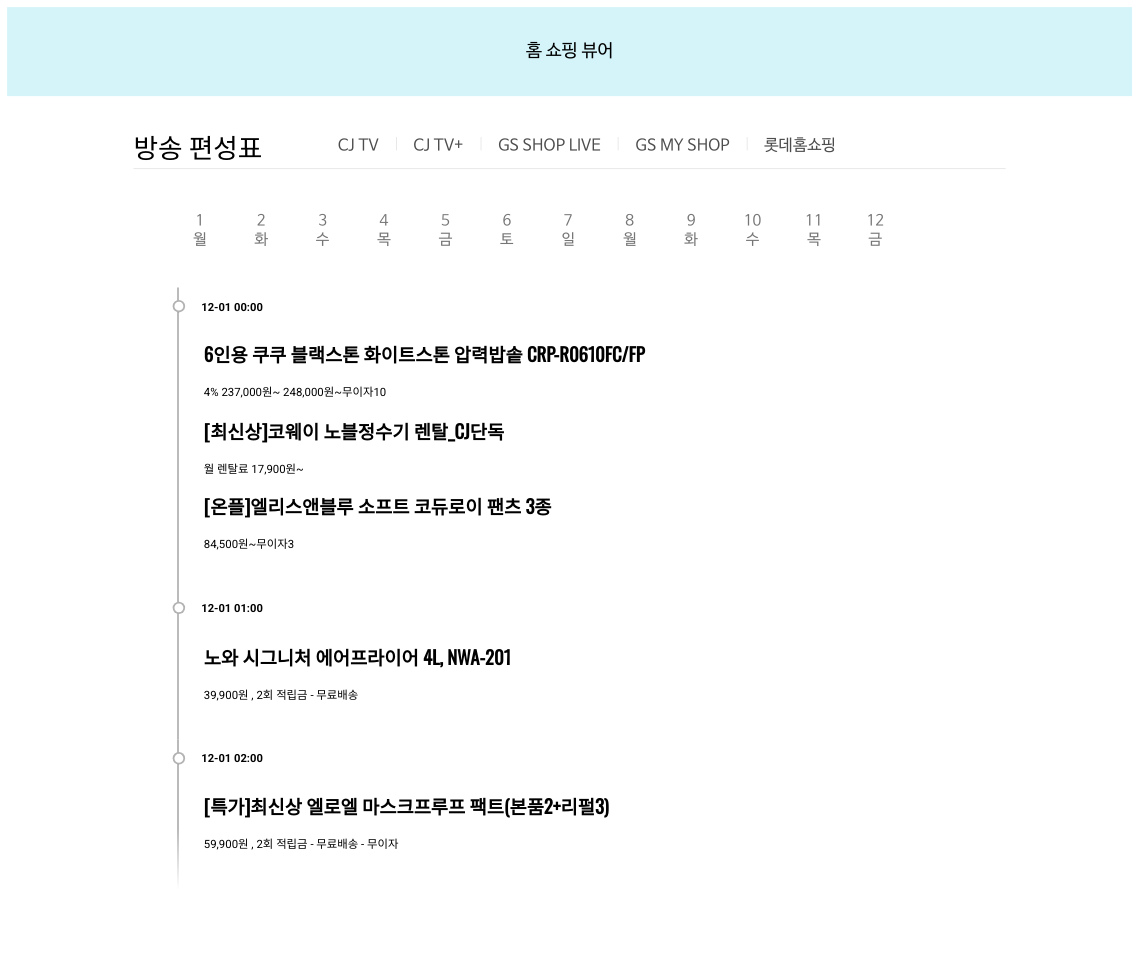
Repository: Kds010/HomeShopping
Page: http://localhost/index
The author's editor kept a copy of each file at every save. The page is drawn from the files as they stood at one save, then again after the next save.
The browser window is 1280 px wide. The pictures show the whole page, at 89% of full size.
The page is this project's Thymeleaf template; nobody is signed in. The template is opened directly, without the code that normally fills it, so the values that code supplies are empty.

Above is the page before, as saved 2021-12-18 10:18:51.

After the next save:
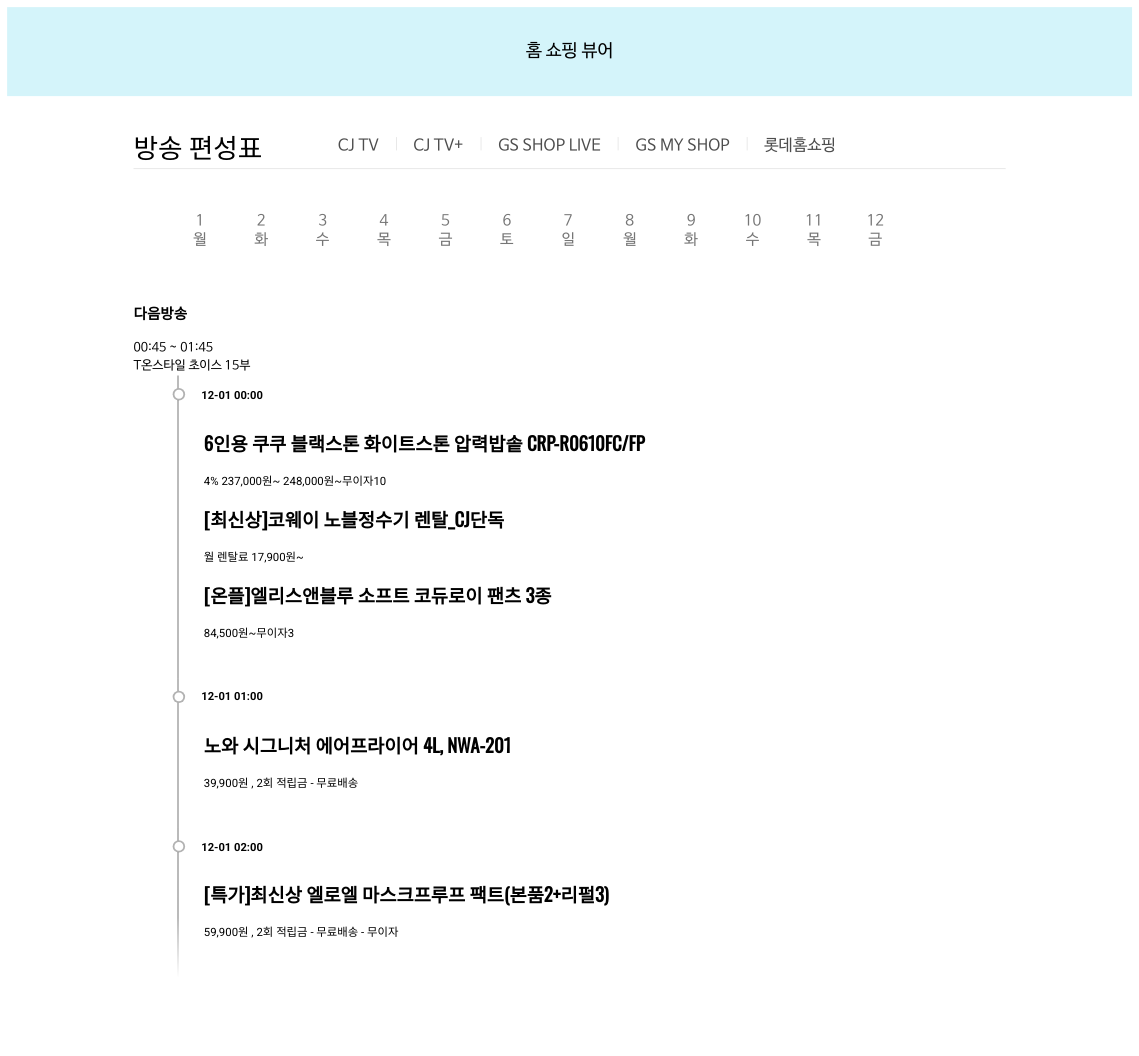
Saved 105 s later.
--- a/homeshopping/src/main/resources/templates/index.html
+++ b/homeshopping/src/main/resources/templates/index.html
@@ -10,6 +10,7 @@
 	<div id="container">
 		<div class="content">
 			<div class="fiexd_wrap">
+
 				<div class="fixed_wrap_div">
 					<h2 class="fiexd_wrap_tit">방송 편성표</h2>
 					<ul class="ch_list_tab" id="ch_list_tab">
@@ -20,6 +21,7 @@
 						<li class="">롯데홈쇼핑</li>
 					</ul>
 				</div>
+
 				<ul class="list_date" id="scheduleDate">
 					<li data-dt="20211201">
 						<a href="javascript:;" class="date_cont">
@@ -72,38 +74,46 @@
 				</ul>
 			</div>
 
-		<div class="container2">
-
-			<div class="timeline-item" date-is='12-01 00:00'>
-				<h2>6인용 쿠쿠 블랙스톤 화이트스톤 압력밥솥 CRP-R0610FC/FP</h2>
-				<p>
-					4% 237,000원~ 248,000원~무이자10
-				</p>
-				<h2>[최신상]코웨이 노블정수기 렌탈_CJ단독</h2>
-				<p>
-					월 렌탈료 17,900원~
-				</p>
-				<h2>[온플]엘리스앤블루 소프트 코듀로이 팬츠 3종</h2>
-				<p>
-					84,500원~무이자3
-				</p>
+			<div class="state_bar past" id="status_bar_area" style="display: block;">
+				<h3 class="tit_state tit_onair"><span id="broadStatus">다음방송</span></h3>
+				<span class="txt_time"><span id="live_area" style="display: none;"><span id="timer">00:00:00</span> 남음</span><span id="time_area" style="display: block;">00:45 ~ 01:45</span></span>
+				<div class="bx_txt" id="title_area">
+					<span class="txt_cate">T온스타일 초이스 15부</span>
+				</div>
 			</div>
 
-			<div class="timeline-item" date-is='12-01 01:00'>
-				<h2>노와 시그니처 에어프라이어 4L, NWA-201</h2>
-				<p>
-					39,900원 , 2회 적립금 - 무료배송
-				</p>
+			<div class="container2">
+
+				<div class="timeline-item" date-is='12-01 00:00'>
+					<h2>6인용 쿠쿠 블랙스톤 화이트스톤 압력밥솥 CRP-R0610FC/FP</h2>
+					<p>
+						4% 237,000원~ 248,000원~무이자10
+					</p>
+					<h2>[최신상]코웨이 노블정수기 렌탈_CJ단독</h2>
+					<p>
+						월 렌탈료 17,900원~
+					</p>
+					<h2>[온플]엘리스앤블루 소프트 코듀로이 팬츠 3종</h2>
+					<p>
+						84,500원~무이자3
+					</p>
+				</div>
+
+				<div class="timeline-item" date-is='12-01 01:00'>
+					<h2>노와 시그니처 에어프라이어 4L, NWA-201</h2>
+					<p>
+						39,900원 , 2회 적립금 - 무료배송
+					</p>
+				</div>
+
+				<div class="timeline-item" date-is='12-01 02:00'>
+					<h2>[특가]최신상 엘로엘 마스크프루프 팩트(본품2+리펄3)</h2>
+					<p>
+						59,900원 , 2회 적립금 - 무료배송 - 무이자
+					</p>
+				</div>
+
 			</div>
-
-			<div class="timeline-item" date-is='12-01 02:00'>
-				<h2>[특가]최신상 엘로엘 마스크프루프 팩트(본품2+리펄3)</h2>
-				<p>
-					59,900원 , 2회 적립금 - 무료배송 - 무이자
-				</p>
-			</div>
-
-		</div>
 
 		</div>
 	</div>
